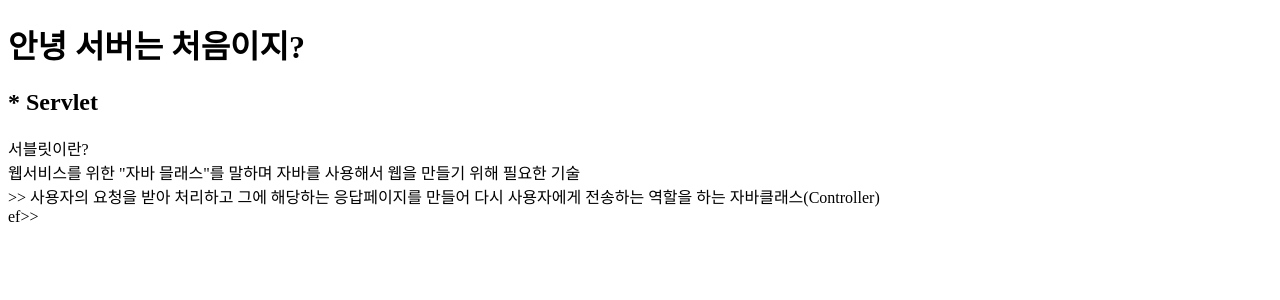
Repository: seunghee971015/Server_Work
Page: Servlet01/src/main/webapp/index.html
An editor plug-in stored every save of this project. The page is shown before and after the next save, followed by the edit.
The browser window is 1280 px wide. The pictures show the whole page.

Above is the page before, as saved 2023-10-11 00:33:28.

After the next save:
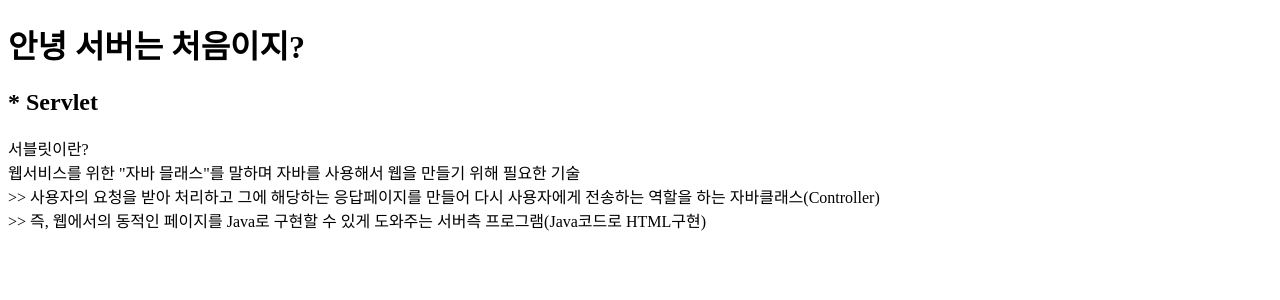
Saved 68 s later.
--- a/Servlet01/src/main/webapp/index.html
+++ b/Servlet01/src/main/webapp/index.html
@@ -12,8 +12,10 @@
 		서블릿이란? <br>
 		웹서비스를 위한 "자바 믈래스"를 말하며 자바를 사용해서 웹을 만들기 위해 필요한 기술<br>
 		>> 사용자의 요청을 받아 처리하고 그에 해당하는 응답페이지를 만들어 다시 사용자에게 전송하는 역할을 하는 자바클래스(Controller)<br>
-		 ef>>
+		>> 즉, 웹에서의 동적인 페이지를 Java로 구현할 수 있게 도와주는 서버측 프로그램(Java코드로 HTML구현)
 	<p>
+
+	<h3><a>
 
 </body>
 </html>
